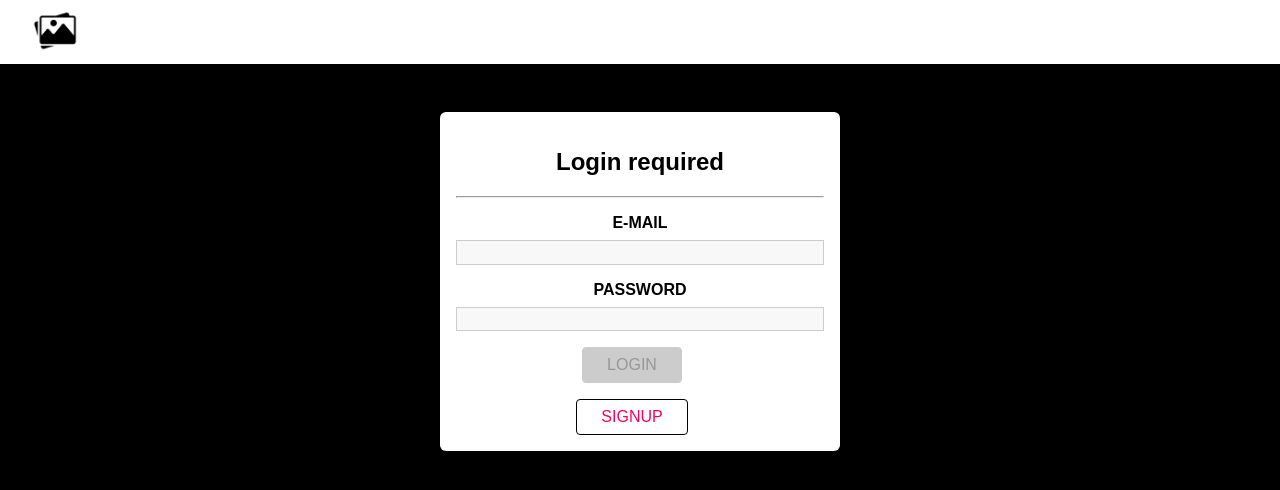
Repository: TanviSanyal/ImageEditingBootcamp
Page: /auth
The author's editor kept a copy of each file at every save. The page is drawn from the files as they stood at one save, then again after the next save.
The browser window is 1280 px wide. The pictures show the whole page.
The project was rebuilt for these pictures with package versions that can differ from the ones it lists, and the page was loaded fresh each time. Also part of the build but not shown: src/App.css, src/users/student/Student_Auth.js, src/shared/Home.js, src/users/instructor/Instructor.css, src/shared/components/UIElements/Modal.css, src/shared/components/UIElements/Backdrop.css, src/shared/components/UIElements/Backdrop.js, src/shared/components/UIElements/Modal.js and 10 more.

Above is the page before, as saved 2020-09-28 03:45:06.

### public/index.html
<!DOCTYPE html>
<html lang="en">
  <head>
    <meta charset="utf-8" />
    <link rel="icon" href="%PUBLIC_URL%/favicon.ico" />
    <meta name="viewport" content="width=device-width, initial-scale=1" />
    <meta name="theme-color" content="#000000" />
    <meta
      name="description"
      content="Web site created using create-react-app"
    />
    <link rel="apple-touch-icon" href="%PUBLIC_URL%/logo192.png" />
    <link rel="manifest" href="%PUBLIC_URL%/manifest.json" />
    <title>React App</title>
  </head>
  <body>
    <noscript>You need to enable JavaScript to run this app.</noscript>
    <div id="backdrop-hook"></div>
    <div id="modal-hook"></div>
    <div id="root"></div>
  </body>
</html>

### src/index.css
@import url('https://fonts.googleapis.com/css?family=Open+Sans:400,700&display=swap');

* {
  box-sizing: border-box;
}

html {
  font-family:Arial, Helvetica, sans-serif;
	font-weight:normal;
}

body {
  margin: 0;
  background: black;
}

### src/App.js
import React, { useCallback, useState } from 'react';
import {
  BrowserRouter as Router,
  Route,
  Redirect,
  Switch
} from 'react-router-dom';
import './App.css'
import MainNavigation from '../src/shared/components/navigation/MainNavigation';
import Auth from './users/instructor/Auth';
import Student_Auth from './users/student/Student_Auth'
import Home from './shared/Home';
import Instructor from './users/instructor/Instructor';
import { InstructorAuthContext } from './shared/context/auth-context';
import Student from './users/student/Student';
import CreateTask from './users/instructor/CreateTask';

const App = () => {

  const [isLoggedIn, setIsLoggedIn] = useState(false);

  const login = useCallback(() => {
    setIsLoggedIn(true);
  }, []);

  const logout = useCallback(() => {
    setIsLoggedIn(false);
  }, []);
  console.log(isLoggedIn);

  let routes;
  //  if (isLoggedIn) {

  //   routes = (<Switch>
  //             <Route path="/addtask">
  //               <CreateTask/>
  //             </Route>

  //             <Redirect to="/" /></Switch>);

  // }
  // else {
    routes = (<Switch>
      <Route path="/" exact>
        <Home />
      </Route>
      <Route path="/auth" exact>
        <Auth />
      </Route>
      <Route path="/studentauth">
        <Student_Auth />
      </Route>
      <Route path="/instructor">
                <Instructor />
              </Route>
              <Route path="/student">
                <Student />
              </Route>
              <Route path="/addtask">
                <CreateTask/>
              </Route>
      <Redirect to="/auth" />
    </Switch>);
  // }


  return (
    <InstructorAuthContext.Provider value={{ isLoggedIn: isLoggedIn, login: login, logout: logout }} >
      <Router>
        <MainNavigation />
        <main>
          {routes}
        </main>
      </Router>
    </InstructorAuthContext.Provider>
  );
};

export default App;

### src/shared/components/navigation/MainNavigation.js
import React from 'react';
import logo from '../../../../src/images/image.jpg';
import MainHeader from './MainHeader';
import './MainNavigation.css';

const MainNavigation = props => {
  // const [drawerIsOpen, setDrawerIsOpen] = useState(false);

  // const openDrawerHandler = () => {
  //   setDrawerIsOpen(true);
  // };

  // const closeDrawerHandler = () => {
  //   setDrawerIsOpen(false);
  // };

  return (
    <React.Fragment>


      <MainHeader>

        <div >
        <a className="main-navigation__logo" href="/"><img src={logo} alt="logo"/></a>
        </div>
        {/* <div className="main-navigation__header-nav">
          <NavLinks />
        </div> */}
      </MainHeader>
    </React.Fragment>
  );
};

export default MainNavigation;

### src/users/instructor/Auth.js
import React, { useState, useContext } from 'react';
import './Auth.css';
import Card from '../../shared/components/UIElements/Card';
import Input from '../../shared/components/FormElements/Input';
import Button from '../../shared/components/FormElements/Button';
import { VALIDATOR_EMAIL, VALIDATOR_MINLENGTH, VALIDATOR_REQUIRE } from '../../shared/util/validators';
import { useForm } from '../../shared/custom_hooks/form-hook';
import { InstructorAuthContext } from '../../shared/context/auth-context'
import { Link } from 'react-router-dom';

const Auth = (props) => {

    const auth = useContext(InstructorAuthContext);

    const [isLoginMode, setIsLoginMode] = useState(true);

    const [formState, inputHandler, setFormData] = useForm({
        email: {
            value: '',
            isValid: false
        },
        password: {
            value: '',
            isValid: false
        }

    }, false);

    const authSubmitHandler = event => {
        event.preventDefault();
        // console.log(formState.inputs);
        auth.login();
        console.log(auth);
    };

    const switchModeHandler = () => {
        if (!isLoginMode) {
            setFormData({
                ...formState.inputs,
                name: undefined
            }, formState.inputs.email.isValid && formState.inputs.password.isValid);
        }
        else {
            setFormData({
                ...formState.inputs,
                name: {
                    value: '',
                    isValid: false
                }
            }, false);
        }

        setIsLoginMode(prevMode => !prevMode);
    };

    return (
        <>
        <Card className="authentication">
            <h2>Login required</h2>
            <hr />
            <form onSubmit={authSubmitHandler} action="/instructor">
                {!isLoginMode && (<Input id="name"
                    element="input"
                    type="text"
                    label="NAME"
                    validators={[VALIDATOR_REQUIRE()]}
                    errorText="Please enter a name."
                    onInput={inputHandler}
                />)}
                <Input id="email"
                    element="input"
                    type="email"
                    label="E-MAIL"
                    validators={[VALIDATOR_EMAIL()]}
                    errorText="Please enter a valid email address"
                    onInput={inputHandler}
                />
                <Input id="password"
                    element="input"
                    type="password"
                    label="PASSWORD"
                    validators={[VALIDATOR_MINLENGTH(5)]}
                    errorText="Please enter a valid password. Atleast 5 charecters"
                    onInput={inputHandler}
                />
                {/* <Link to="/instructor"><Button type="submit" disabled={!formState.isValid} >
                    {isLoginMode? 'LOGIN' : 'SIGNUP'}
                    </Button></Link> */}
                    <Link to="/instructor"><Button type="submit" disabled={!formState.isValid} >
                    {isLoginMode? 'LOGIN' : 'SIGNUP'}
                </Button></Link>
            </form>
            <Button inverse onClick={switchModeHandler}>{isLoginMode ? 'SIGNUP' : 'LOGIN'}</Button>
        </Card>
        </>
    );
};

export default Auth;

### src/shared/context/auth-context.js
import {createContext} from 'react';

export const InstructorAuthContext=  createContext({
    isLoggedIn : false,
    login: () => {},
    logout: () => {}
});

### src/shared/components/navigation/MainHeader.js
import React from 'react';

import './MainHeader.css';

const MainHeader = props => {
  return <header className="main-header">{props.children}</header>;
};

export default MainHeader;

### src/shared/components/navigation/MainNavigation.css

  .main-navigation__header-nav {
    display: block;
  }
  .main-navigation__logo{
    margin-left: 2rem;
  }
  img{
    height:20%;
    width: 20%;
  }

### src/users/instructor/Auth.css
.authentication__header {
    color: white;
    text-align: center;
  }

  .authentication {
    width: 90%;
    max-width: 25rem;
    margin: 7rem auto;
    text-align: center;
  }

  .authentication form {
    margin-bottom: 1rem;
  }
  /* #login_signup{
    background:black;
    font-family: inherit;
    border:none ;
    height: 42px;
    width: 30%;
    color: white;
    font-size: 16px;
    font-weight: bold;
  } */
  .login_signup {
    font: inherit;
    padding: 0.5rem 1.5rem;
    border: 1px solid #ff0055;
    border-radius: 4px;
    background: #ff0055;
    color: white;
    cursor: pointer;
    margin-right: 1rem;
    text-decoration: none;
    display: inline-block;
  }

  .login_signup:focus {
    outline: none;
  }

  .login_signup:hover,
  .login_signup:active {
    background: #ff4382;
    border-color: #ff4382;
  }

  .login_signup--inverse {
    background: transparent;
    color: #ff0055;
  }

  .login_signup--inverse:hover,
  .login_signup--inverse:active {
    color: white;
    background: #ff0055;
  }

  .login_signup--danger {
    background: #830000;
    border-color: #830000;
  }

  .login_signup--danger:hover,
  .login_signup--danger:active {
    background: #f34343;
    border-color: #f34343;
  }

  .login_signup:disabled,
  .login_signup:hover:disabled,
  .login_signup:active:disabled {
    background: #ccc;
    color: #979797;
    border-color: #ccc;
    cursor: not-allowed;
  }

  .login_signup--small {
    font-size: 0.8rem;
  }

  .button--big {
    font-size: 1.5rem;
  }

### src/shared/components/FormElements/Input.js
import React,{useReducer,useEffect} from 'react';
import './Input.css';
import {validate} from '../../util/validators';

const inputReducer = (state,action) =>{
    switch (action.type) {
        case 'CHANGE':
            return {
                ...state,
                value:action.val,
                isValid:validate(action.val,action.validators)
            };
        case 'TOUCH':
            return{
                ...state,
                isTouched:true
            };
        default:
            return state;
    }
};


const Input = props => {

    const [inputState,dispatch] = useReducer(inputReducer,{value:props.initialValue || '', isValid:props.initialValid ||false ,isTouched:false});

    const touchHandler = () => {
        dispatch({
            type:'TOUCH'
        });
    };

    const {id,onInput}=props;
    const {value,isValid}=inputState;

    useEffect(() => {
        onInput(id,value,isValid)
    },[id,value,isValid,inputState]);

    const changeHandler = event => {
        dispatch({type:'CHANGE', val:event.target.value, validators: props.validators});
    };

    const element = props.element==='input' ? (<input id={props.id}
                                                      type={props.type}
                                                      placeholder={props.placeholder}
                                                      onChange={changeHandler}
                                                      onBlur={touchHandler}
                                                      value={inputState.value}
                                                      />)
    : (<textarea id={props.id}
                 rows={props.rows || 3}
                 onChange={changeHandler}
                 onBlur={touchHandler}
                 value={inputState.value}/>);
    return (
        <div className={`form-control ${!inputState.isValid && inputState.isTouched && 'form-control--invalid'}`}>
            <label htmlFor={props.id}>{props.label}</label>
            {element}
            {!inputState.isValid && inputState.isTouched && <p>{props.errorText}</p>}
        </div>
    );
};

export default Input;

### src/shared/components/FormElements/Button.js
import React from 'react';
import { Link } from 'react-router-dom';

import './Button.css';

const Button = props => {
  if (props.href) {
    return (
      <a
        className={`button button--${props.size || 'default'} ${props.inverse &&
          'button--inverse'} ${props.danger && 'button--danger'}`}
        href={props.href}
        disabled={props.disabled}
      >
        {props.children}
      </a>
    );
  }
  if (props.to) {
    return (
      <Link
        to={props.to}
        exact={props.exact}
        className={`button button--${props.size || 'default'} ${props.inverse &&
          'button--inverse'} ${props.danger && 'button--danger'}`}
          disabled={props.disabled}
      >
        {props.children}
      </Link>
    );
  }
  return (
    <button
      className={`button button--${props.size || 'default'} ${props.inverse &&
        'button--inverse'} ${props.danger && 'button--danger'}`}
      type={props.type}
      onClick={props.onClick}
      disabled={props.disabled}
    >
      {props.children}
    </button>
  );
};

export default Button;

### src/shared/util/validators.js
const VALIDATOR_TYPE_REQUIRE = 'REQUIRE';
const VALIDATOR_TYPE_MINLENGTH = 'MINLENGTH';
const VALIDATOR_TYPE_MAXLENGTH = 'MAXLENGTH';
const VALIDATOR_TYPE_MIN = 'MIN';
const VALIDATOR_TYPE_MAX = 'MAX';
const VALIDATOR_TYPE_EMAIL = 'EMAIL';
const VALIDATOR_TYPE_FILE = 'FILE';

export const VALIDATOR_REQUIRE = () => ({ type: VALIDATOR_TYPE_REQUIRE });
export const VALIDATOR_FILE = () => ({ type: VALIDATOR_TYPE_FILE });
export const VALIDATOR_MINLENGTH = val => ({
  type: VALIDATOR_TYPE_MINLENGTH,
  val: val
});
export const VALIDATOR_MAXLENGTH = val => ({
  type: VALIDATOR_TYPE_MAXLENGTH,
  val: val
});
export const VALIDATOR_MIN = val => ({ type: VALIDATOR_TYPE_MIN, val: val });
export const VALIDATOR_MAX = val => ({ type: VALIDATOR_TYPE_MAX, val: val });
export const VALIDATOR_EMAIL = () => ({ type: VALIDATOR_TYPE_EMAIL });

export const validate = (value, validators) => {
  let isValid = true;
  for (const validator of validators) {
    if (validator.type === VALIDATOR_TYPE_REQUIRE) {
      isValid = isValid && value.trim().length > 0;
    }
    if (validator.type === VALIDATOR_TYPE_MINLENGTH) {
      isValid = isValid && value.trim().length >= validator.val;
    }
    if (validator.type === VALIDATOR_TYPE_MAXLENGTH) {
      isValid = isValid && value.trim().length <= validator.val;
    }
    if (validator.type === VALIDATOR_TYPE_MIN) {
      isValid = isValid && +value >= validator.val;
    }
    if (validator.type === VALIDATOR_TYPE_MAX) {
      isValid = isValid && +value <= validator.val;
    }
    if (validator.type === VALIDATOR_TYPE_EMAIL) {
      isValid = isValid && /^\S+@\S+\.\S+$/.test(value);
    }
  }
  return isValid;
};

### src/shared/custom_hooks/form-hook.js
import { useCallback, useReducer } from 'react';

const formReducer = (state, action) => {
  switch (action.type) {
    case 'INPUT_CHANGE':
      let formIsValid = true;
      for (const inputId in state.inputs) {
        if(!state.inputs[inputId])
        {
          continue;
        }
        if (inputId === action.inputId) {
          formIsValid = formIsValid && action.isValid;
        } else {
          formIsValid = formIsValid && state.inputs[inputId].isValid;
        }
      }
      return {
        ...state,
        inputs: {
          ...state.inputs,
          [action.inputId]: { value: action.value, isValid: action.isValid }
        },
        isValid: formIsValid
      };
    case 'SET_DATA':
      return {
        inputs: action.inputs,
        isValid: action.formIsValid
      };
    default:
      return state;
  }
};

export const useForm = (initialInputs, initialFormValidity) => {
  const [formState, dispatch] = useReducer(formReducer, {
    inputs: initialInputs,
    isValid: initialFormValidity
  });

  const inputHandler = useCallback((id, value, isValid) => {
    dispatch({
      type: 'INPUT_CHANGE',
      value: value,
      isValid: isValid,
      inputId: id
    });
  }, []);

  const setFormData = useCallback((inputData, formValidity) => {
    dispatch({
      type: 'SET_DATA',
      inputs: inputData,
      formIsValid: formValidity
    });
  }, []);

  return [formState, inputHandler, setFormData];
};

### src/users/student/Student_Auth.css
.authentication__header {
    color: white;
    text-align: center;
  }

  .authentication {
    width: 90%;
    max-width: 25rem;
    margin: 7rem auto;
    text-align: center;
  }

  .authentication form {
    margin-bottom: 1rem;
  }
  .experience{
    display: block;
    font-size:inherit;
    font-family: inherit;
  }
  .level{
    display: block;
  }

### src/shared/Home.css
.main-body{
    text-align: center;
    padding-top: 10vh;
    padding-left: 3%;
    padding-right: 3%;
  }

  .text1{
    color:rgb(200,200,200);
    font-size: 170%;
    letter-spacing: 3PX;
    font-weight: 700;
    animation: text 3s 1;
  }
  .text2{
    color: rgb(200,200,200);
    font-size: 170%;
    letter-spacing: 4PX;
    line-height: 37PX;
    font-weight: 700;
    padding-bottom: 68px;
  }
  #instructor{
    display: block;
    margin-bottom: 20px;
    width:56%;
    height: 6vh;
    margin-left: 21%;
    background-color:white;
    border: none;
    font-weight: bold;
    font-family: inherit;
    font-size: 100%;
    border-radius: 2%;
  }
  #student{
    display: block;
    margin-bottom: 20px;
    width:56%;
    height: 6vh;
    margin-left: 21%;
    background-color:white;
    border: none;
    font-weight: bold;
    font-family: inherit;
    font-size: 100%;
    border-radius: 2%;
  }
  #instructor:hover{
    background-color:black;
    color: white;
  }
  #student:hover{
    background-color:black;
    color: white;
  }
  form{
    border: none;
  }

  @keyframes text{
    0%{
      color: black;
      margin-bottom: -40px;
    }
    30%{
      letter-spacing: 20px;
    }

  }

### src/shared/components/navigation/MainHeader.css
.main-header {
    width: 100%;
    height: 4rem;
    display: flex;
    align-items: center;
    position: fixed;
    top: 0;
    left: 0;
    background: white;
    justify-content: space-between;

  }
  main {
    margin-top: 5rem;
  }

### src/shared/components/UIElements/Card.css
.card {
    margin: 0;
    box-shadow: 0 2px 8px rgba(0, 0, 0, 0.26);
    border-radius: 6px;
    padding: 1rem;
    overflow: hidden;
    background: white;
  }

### src/shared/components/FormElements/Input.css
.form-control {
    margin: 1rem 0;
  }

  .form-control label,
  .form-control input,
  .form-control textarea {
    display: block;
  }

  .form-control label {
    font-weight: bold;
    margin-bottom: 0.5rem;
  }

  .form-control input,
  .form-control textarea {
    width: 100%;
    font: inherit;
    border: 1px solid #ccc;
    background: #f8f8f8;
    padding: 0.15rem 0.25rem;
  }

  .form-control input:focus,
  .form-control textarea:focus {
    outline: none;
    background: #ebebeb;
    border-color: #510077;
  }

  .form-control--invalid label,
  .form-control--invalid p {
    color: red;
  }

  .form-control--invalid input,
  .form-control--invalid textarea {
    border-color: red;
    background: #ffd1d1;
  }

### src/shared/components/FormElements/Button.css
.button {
    font: inherit;
    padding: 0.5rem 1.5rem;
    border: 1px solid black;
    border-radius: 4px;
    background: black;
    color: white;
    cursor: pointer;
    margin-right: 1rem;
    text-decoration: none;
    display: inline-block;
  }

  .button:focus {
    outline: none;
  }

  .button:hover,
  .button:active {
    background: white;
    border-color:black;
    color: black;
  }

  .button--inverse {
    background: transparent;
    color: #ff0055;
  }

  .button--inverse:hover,
  .button--inverse:active {
    color: white;
    background: #ff0055;
  }

  .button--danger {
    background:red;
    border-color: #830000;
  }

  .button--danger:hover,
  .button--danger:active {
    background: #f34343;
    border-color: #f34343;
  }

  .button:disabled,
  .button:hover:disabled,
  .button:active:disabled {
    background: #ccc;
    color: #979797;
    border-color: #ccc;
    cursor: not-allowed;
  }

  .button--small {
    font-size: 0.8rem;
  }

  .button--big {
    font-size: 1.5rem;
  }

Loaded but not shown: src/index.js (common file); src/shared/components/UIElements/Card.js (common file)

After the next save:
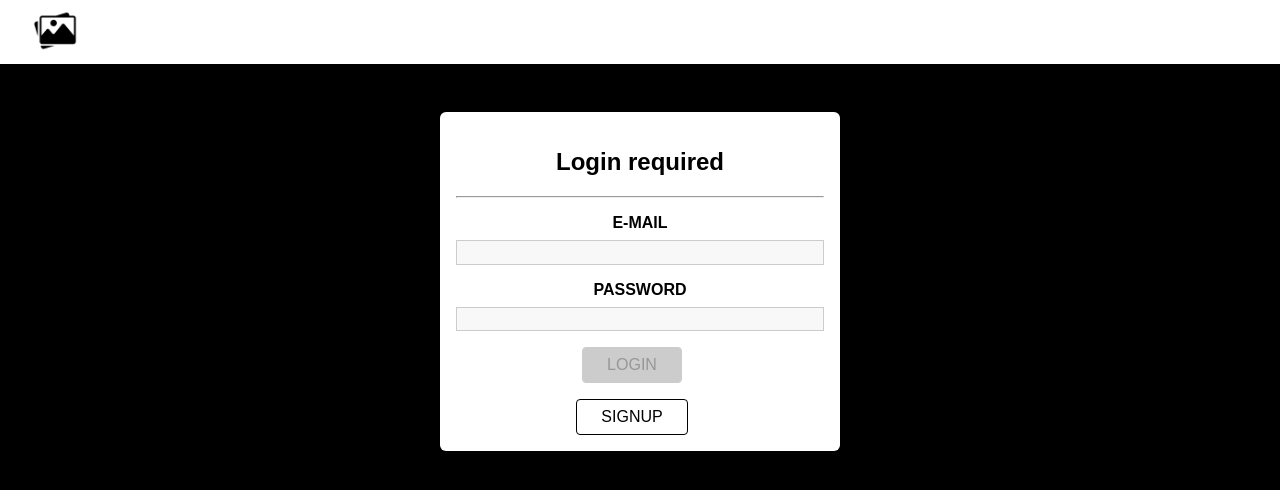
Saved 44 s later.
--- a/src/shared/components/FormElements/Button.css
+++ b/src/shared/components/FormElements/Button.css
@@ -24,7 +24,7 @@
 
   .button--inverse {
     background: transparent;
-    color: #ff0055;
+    color: black;
   }
 
   .button--inverse:hover,
